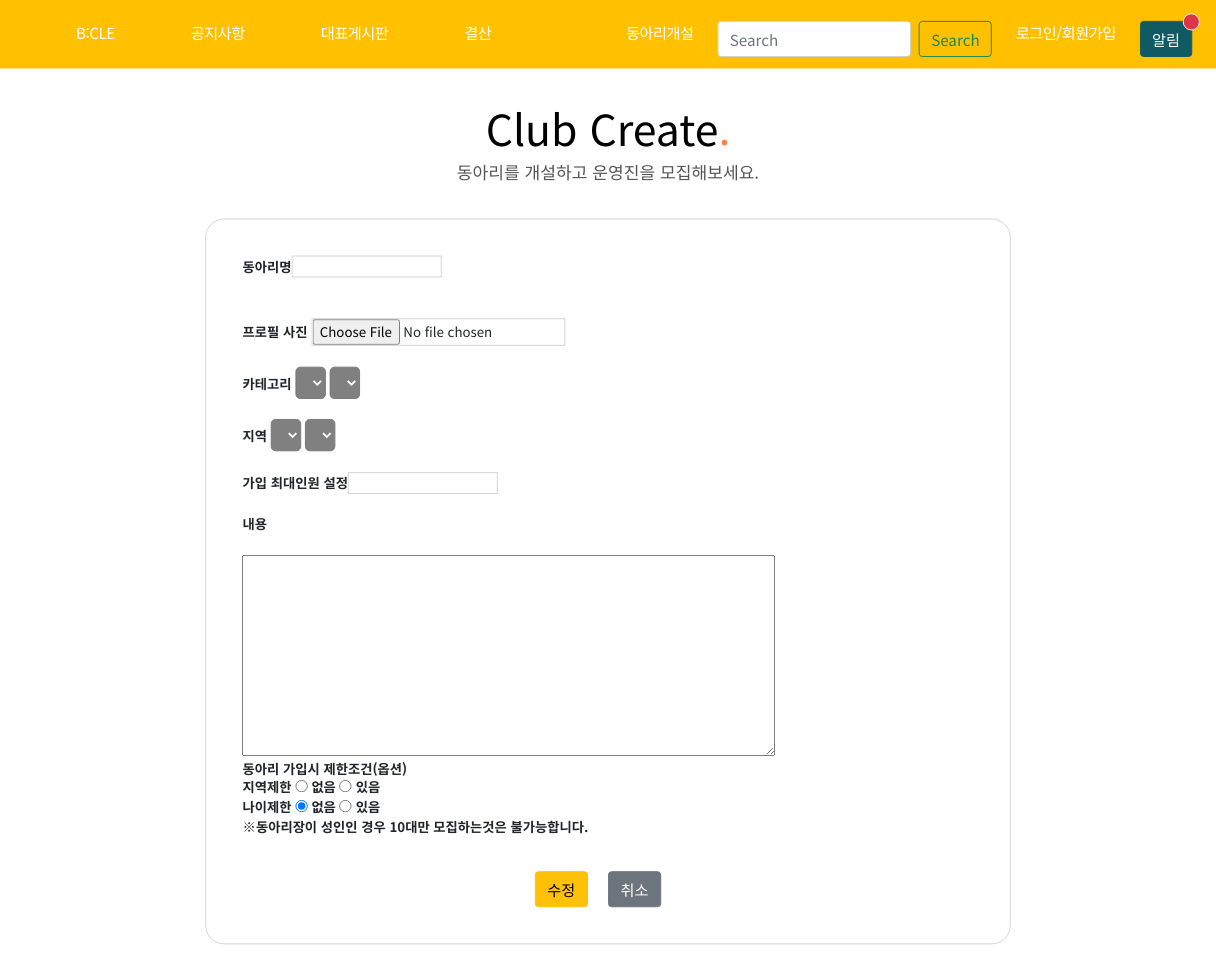
Repository: CHAEYUN7074/SpringProject
Page: http://localhost/viewpages/WEB-INF/view/PreClubUpdateForm.jsp
These files come from the project's save history. The page is drawn as it stood at one moment and after the next save; the edit follows.
The browser window is 1280 px wide. The pictures show the whole page, at 95% of full size.
Some web fonts or font styles are not loaded; a fallback is used. The page is served by Tomcat 9. Nobody is signed in. The template is opened directly, without the code that normally fills it, so the values that code supplies are empty.

Above is the page before, as saved 2021-12-27 16:48:44.

After the next save:
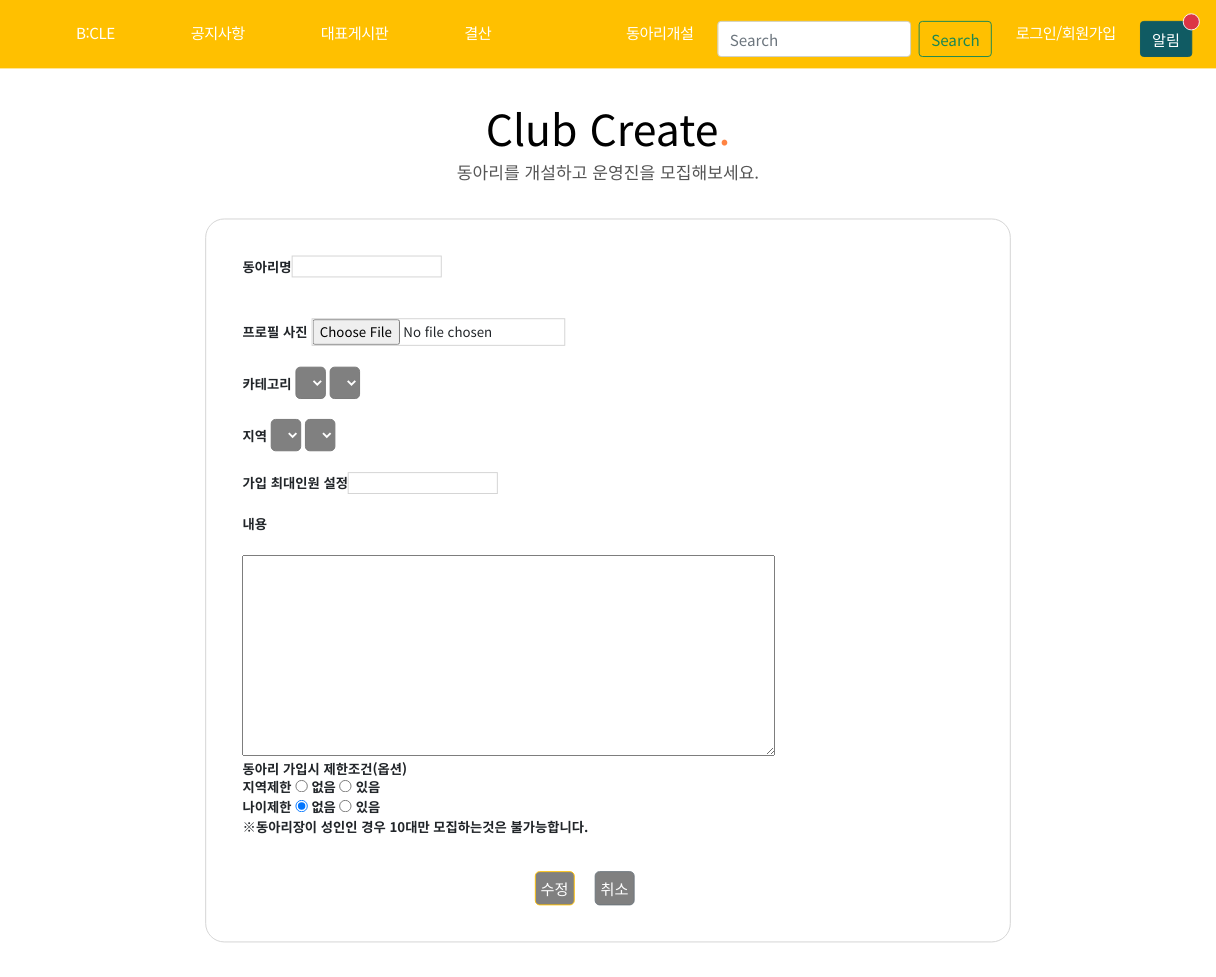
Saved 9 s later.
--- a/viewpages/WebContent/WEB-INF/view/PreClubUpdateForm.jsp
+++ b/viewpages/WebContent/WEB-INF/view/PreClubUpdateForm.jsp
@@ -20,7 +20,7 @@
 section .name h2 span {color:#ff8342; }
 section .name p {font-size: 18px; color: #555;}
 
-button {color: white; background: gray; border-radius: 5px; padding: 5px; }
+#contents button {color: white; background: gray; border-radius: 5px; padding: 5px; }
 
 #contents {
    margin : 5vh 30vh 5vh 30vh;

After the save that followed:
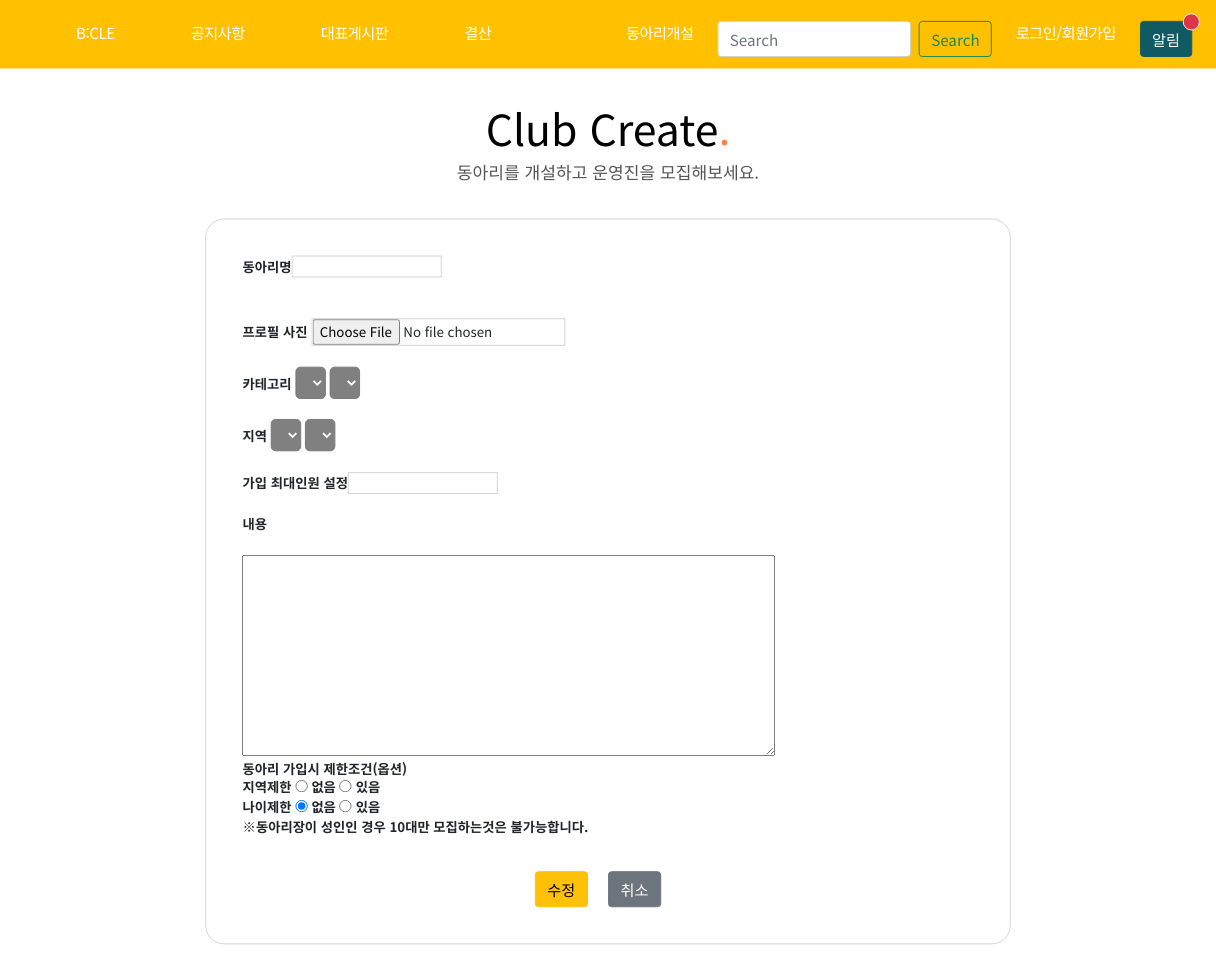
Saved 79 s later.
--- a/viewpages/WebContent/WEB-INF/view/PreClubUpdateForm.jsp
+++ b/viewpages/WebContent/WEB-INF/view/PreClubUpdateForm.jsp
@@ -20,7 +20,7 @@
 section .name h2 span {color:#ff8342; }
 section .name p {font-size: 18px; color: #555;}
 
-#contents button {color: white; background: gray; border-radius: 5px; padding: 5px; }
+input#file-upload-button {color: white; background: gray; border-radius: 5px; padding: 5px; }
 
 #contents {
    margin : 5vh 30vh 5vh 30vh;
@@ -31,7 +31,7 @@
    font-weight:bold;
 }
 #contents p {margin-bottom : 3vh;}
-#contents input{backgroung:white; border:1px solid lightgray;}
+#contents input{background:white; border:1px solid lightgray;}
 
 .button_set {display : flex; margin-left : 40%; margin-top : 5vh;}
 .button_set button {margin-right : 3vh;}
